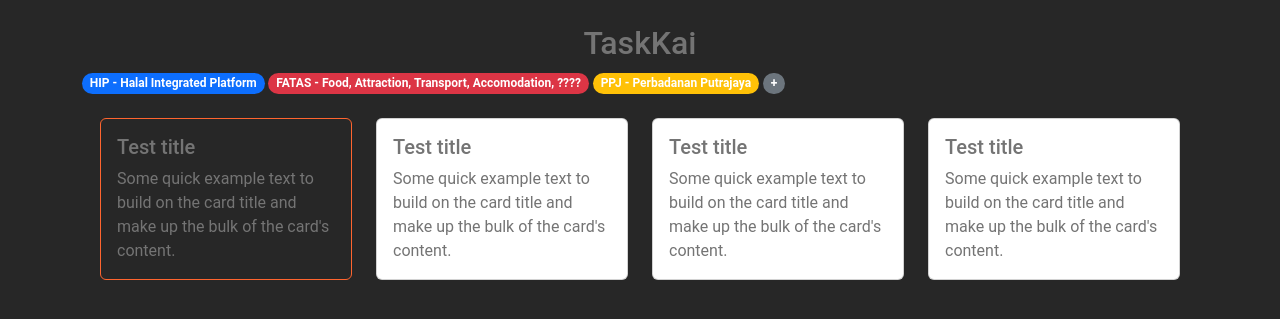
Repository: faizhakimi99/TaskKai
Page: src/views/index.html
These files come from the project's save history. The page is drawn as it stood at one moment and after the next save; the edit follows.
The browser window is 1280 px wide. The pictures show the whole page.

Above is the page before, as saved 2025-01-27 12:53:48.

After the next save:
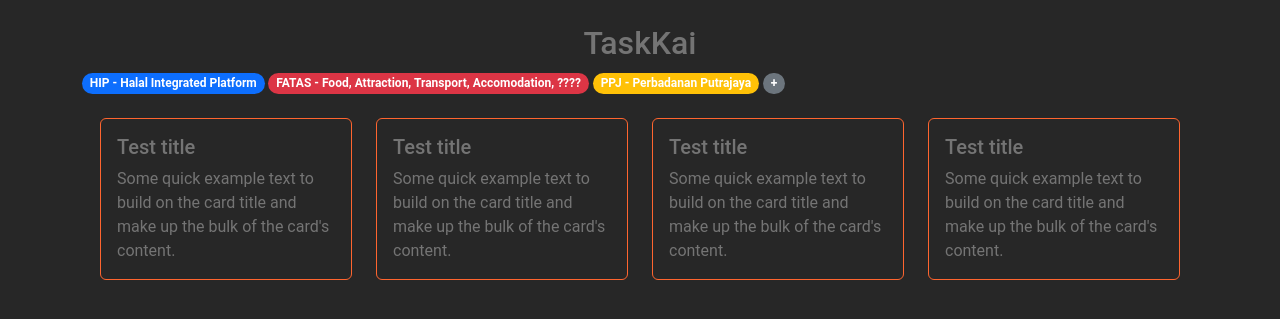
Saved 31 s later.
--- a/src/views/index.html
+++ b/src/views/index.html
@@ -41,7 +41,7 @@
                 </div>
             </div>
             <div class="col-lg-3">
-                <div class="card h-100">
+                <div class="card h-100 card-bg">
                     <div class="card-body">
                         <h5 class="card-title">Test title</h5>
                         <span>Some quick example text to build on the card title and make up the bulk of the card's content.</span>
@@ -49,7 +49,7 @@
                 </div>
             </div>
             <div class="col-lg-3">
-                <div class="card h-100">
+                <div class="card h-100 card-bg">
                     <div class="card-body">
                         <h5 class="card-title">Test title</h5>
                         <span>Some quick example text to build on the card title and make up the bulk of the card's content.</span>
@@ -57,7 +57,7 @@
                 </div>
             </div>
             <div class="col-lg-3">
-                <div class="card h-100">
+                <div class="card h-100 card-bg">
                     <div class="card-body">
                         <h5 class="card-title">Test title</h5>
                         <span>Some quick example text to build on the card title and make up the bulk of the card's content.</span>
